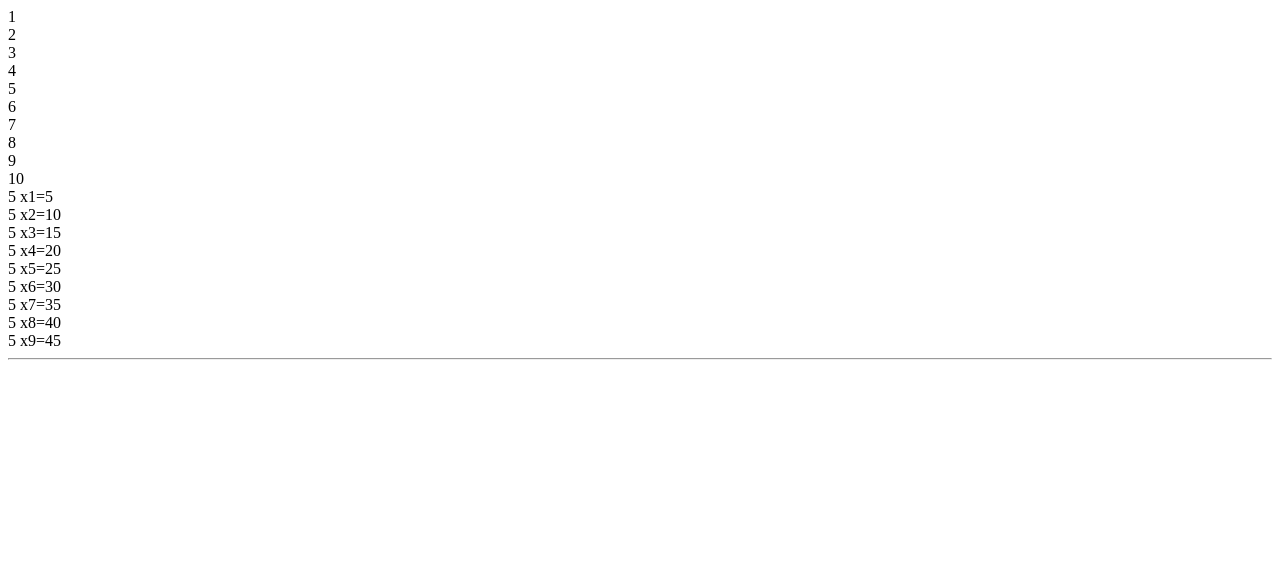
Repository: jeong3/Real_Time_Date
Page: http://localhost/jspGrammar1/Scriptlet.jsp
These files come from the project's save history. The page is drawn as it stood at one moment and after the next save; the edit follows.
The browser window is 1280 px wide. The pictures show the whole page.
The page is served by Tomcat 9.

Above is the page before, as saved 2024-08-30 02:22:09.

After the next save:
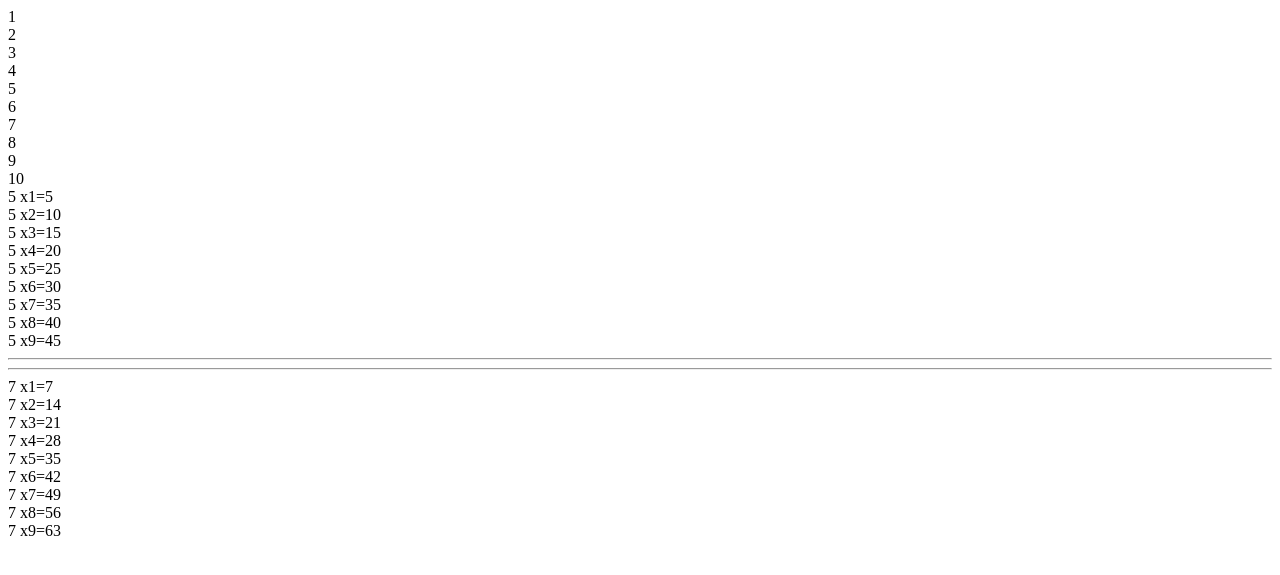
Saved 2 min 6 s later.
--- a/eclipse/eclipse-workspace/jspGrammar1/src/main/webapp/Scriptlet.jsp
+++ b/eclipse/eclipse-workspace/jspGrammar1/src/main/webapp/Scriptlet.jsp
@@ -16,5 +16,11 @@
 	}
 	out.print("<hr />");
 %>
+<hr />
+<%
+	for(int gop = 1; gop <= 9; gop++){
+		out.print("7 x"+gop+ "="+ 7*gop+"<br />");
+	}
+%>
 </body>
 </html>
